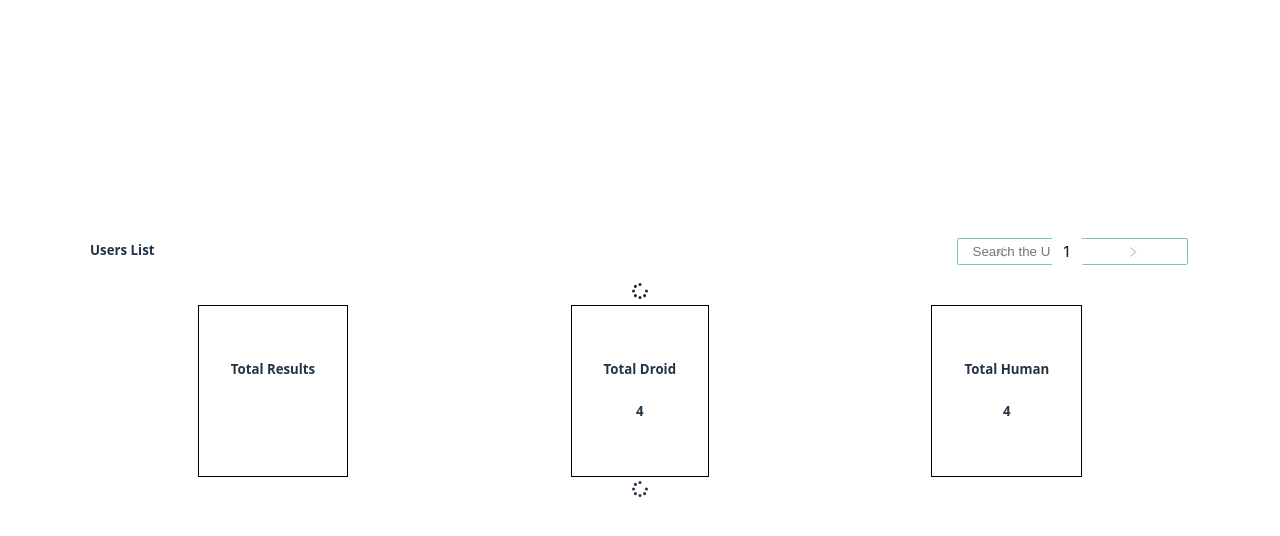
Repository: jassi73/DataTable
Page: /
The author's editor kept a copy of each file at every save. The page is drawn from the files as they stood at one save, then again after the next save.
The browser window is 1280 px wide. The pictures show the whole page.
The page's requests for data from a server got no answer. The project was rebuilt for these pictures with package versions that can differ from the ones it lists, and the page was loaded fresh each time. No one was signed in, and anything a server would have sent is missing. Also part of the build but not shown: vite.config.js.

Above is the page before, as saved 2023-05-14 23:40:46.

### src/main.jsx
import './index.css'

import {
  QueryClient,
  QueryClientProvider,
} from '@tanstack/react-query'

import App from './App.jsx'
import ReactDOM from 'react-dom/client'

const queryClient = new QueryClient()
ReactDOM.createRoot(document.getElementById('root')).render(
   <QueryClientProvider client={queryClient}>
    <App />
    </QueryClientProvider>
)

### src/index.css
:root {
  font-family: Titillium, system-ui, Avenir, Helvetica, Arial, sans-serif;
  line-height: 1.5;
  font-weight: 400;

  color-scheme: light dark;
  color: rgba(255, 255, 255, 0.87);
  background-color: #242424;

  font-synthesis: none;
  text-rendering: optimizeLegibility;
  -webkit-font-smoothing: antialiased;
  -moz-osx-font-smoothing: grayscale;
  -webkit-text-size-adjust: 100%;
}

a {
  font-weight: 500;
  color: #646cff;
  text-decoration: inherit;
}
a:hover {
  color: #535bf2;
}

body {
  margin: 0;
  display: flex;
  place-items: center;
  min-width: 320px;
  min-height: 100vh;
}

h1 {
  font-size: 3.2em;
  line-height: 1.1;
}

button {
  border-radius: 8px;
  border: 1px solid transparent;
  padding: 0.6em 1.2em;
  font-size: 1em;
  font-weight: 500;
  font-family: inherit;
  background-color: #1a1a1a;
  cursor: pointer;
  transition: border-color 0.25s;
}
button:hover {
  border-color: #646cff;
}
button:focus,
button:focus-visible {
  outline: 4px auto -webkit-focus-ring-color;
}

@media (prefers-color-scheme: light) {
  :root {
    color: #213547;
    background-color: #ffffff;
  }
  a:hover {
    color: #747bff;
  }
  button {
    background-color: #f9f9f9;
  }
}

### src/App.jsx
import "./App.css";

import {
  faQuestion,
  faSpinner,
  faUser,
  faEye,
  faEyeSlash,
  faCircleExclamation,
} from "@fortawesome/free-solid-svg-icons";
import { Pagination } from 'antd';
import Datatable from "react-data-table-component";
import { FontAwesomeIcon } from "@fortawesome/react-fontawesome";
import InputBox from "./Components/InputBox";
import { useQuery } from "@tanstack/react-query";
import { useState } from "react";
import { useDebounce } from "./Hooks/useDebounce";
import SpeciesModal from "./Components/SpeciesModal";
import Card from "./Components/Card";

const App = () => {
  const [page, setPage] = useState(1);
  const [searchQuery, setSearchQuery] = useState("");
  const [openSpeciesModal, setOpenSpeciesModal] = useState(false)
  const [speciesUrl, setSpeciesUrl] = useState('')

  const debouncedSearchTerm = useDebounce(searchQuery, 800);

  let url = `https://swapi.dev/api/people/?page=${page}`;
  if (!!debouncedSearchTerm) {
    url += `&search=${debouncedSearchTerm}`;
  }

  const { isLoading, data, isError } = useQuery({
    queryKey: ["users", debouncedSearchTerm, page],
    queryFn: () => fetch(url).then((res) => res.json()),
  });


  const openModal =(url)=>{
    setSpeciesUrl(url)
    setOpenSpeciesModal(true)
  }

  const handlePagination =(page)=>{
    setPage(page)
  }

  const handleCancel = ()=>{
    setOpenSpeciesModal(false)
  }
  const handleOk = ()=>{
    setOpenSpeciesModal(false)
  }
const totalDroid=data?.results && data?.results.filter((item)=>!item?.name==="male"||!item?.name==="female")

  const columns = [
    {
      name: "Type",
      cell: (row) => {
        if (row.gender === "male" || row.gender === "female") {
          return (
            <div>
              <FontAwesomeIcon icon={faUser} />
            </div>
          );
        } else {
          return (
            <div>
              <FontAwesomeIcon icon={faQuestion} />
            </div>
          );
        }
      },
    },
    {
      name: "Name",
      selector: (row) => (row.name ? row.name : ""),
      sortable: true,
    },
    {
      name: "Gender",
      selector: (row) => row.gender,
      sortable: true,
    },
    {
      name: "Height",
      selector: (row) => row.height,
      sortable: true,
    },
    {
      name: "DOB",
      selector: (row) => row.birth_year,
      sortable: true,
    },
    {
      name: "Eye Color",
      selector: (row) => row.eye_color,
    },
    {
      name: "Hair Color",
      selector: (row) => row.hair_color,
    },
    {
      name: "Skin Color",
      selector: (row) => row.skin_color,
    },
    {
      name: "Mass",
      selector: (row) => row.mass,
    },
    {
      name: "Species",
      cell: (row) => {
        if (row?.species &&row?.species.length>0) {
          return (
            <div>
              <FontAwesomeIcon icon={faEye} onClick={()=>openModal(row?.species[0])} />
            </div>
          );
        } else {
          return (
            <div>
              <FontAwesomeIcon icon={faEyeSlash} />
            </div>
          );
        }
      },
    },

  ];

  return (
    <div>
      <div className="header">
        <h5>Users List</h5>
        <InputBox
          value={searchQuery}
          placeholder="Search the User"
          onChange={(e) => {
            setPage(1)
            setSearchQuery(e.target.value)
            }}
        />
      </div>
      {isError&& <FontAwesomeIcon icon={faCircleExclamation} />}
      <Datatable
        selectableRows
        fixedHeader={true}
        data={data?.results}
        columns={columns}
        responsive
        progressPending={isLoading}
        progressComponent={<FontAwesomeIcon icon={faSpinner} />}
      />
      <div>
      <Pagination className="paginationCard" current={page} showSizeChanger={false} pageSize={10} total={data?.count} onChange={handlePagination} />
      </div>
      <div className="cardContainer">
<Card cardName="Total Results" count={data?.results&&data?.results.length}/>
<Card cardName="Total Droid" count={4}/>
<Card cardName="Total Human" count={4}/>
      </div>
      <SpeciesModal open={openSpeciesModal} handleCancel={handleCancel} handleOk={handleOk} speciesUrl={speciesUrl} />
    </div>
  );
};
export default App;

### src/App.css
@import url("https://fonts.googleapis.com/css?family=Titillium+Web:200,600");
#root {
  max-width: 1280px;
  margin: 0 auto;
  padding: 2rem;
  text-align: center;
}

.logo {
  height: 6em;
  padding: 1.5em;
  will-change: filter;
  transition: filter 300ms;
}
.logo:hover {
  filter: drop-shadow(0 0 2em #646cffaa);
}
.logo.react:hover {
  filter: drop-shadow(0 0 2em #61dafbaa);
}
.header{
  display: flex;
  width:1107px;
}
.dataTable{
  min-height:0vh !important;
}

.paginationCard{
  position: absolute;
  text-align: right;
  margin-top: -63px;
  z-index: 2;
  width: 85%;
}
.header h5 {

  width: 7%;
}
tr {
  text-align:center;
  border:1px solid #000;
}
table{
  width:100%
}
.cardContainer{
  display: flex;
  justify-content:space-around;
  margin-top:6px
}
.card{
  border: 1px solid #000;
  padding: 14px;
}

.dcwxpB{

  position: relative;
    width: 100%;
    border-radius: inherit;
    overflow-x: auto;
    overflow-y: auto;
    min-height: 100vh !important;
    max-height: 100vh;
}
@keyframes logo-spin {
  from {
    transform: rotate(0deg);
  }
  to {
    transform: rotate(360deg);
  }
}
.hWTGA-D {
  display: flex;
    align-items: stretch;
    width: 100%;
    background-color: #7bc5bd !important;
    min-height: 52px;
    border: 1px solid rgba(41, 36, 36, 0.12);
}
.sc-kRYBTm {
 cursor: pointer;
    border: 1px solid rgba(0,0,0,.12);
}
.kpGYlU{
  flex: 1 0 auto;
  font-weight: 400;
  text-align: left !important;
}
.inputBox{
  position: relative;
  text-align: right;
  width: 100%;
  margin-top: 13px;
  padding: 6px;
}
.inputBox input{
  padding-left: 15px;
  width: 212px;
  height: 23px;
  border-radius: 2px;
  border: 1px solid #7bc5bd;
}
ul{
  display: flex;
    list-style: none;
    gap: 26px;
    justify-content: flex-end;
}
@media (prefers-reduced-motion: no-preference) {
  a:nth-of-type(2) .logo {
    animation: logo-spin infinite 20s linear;
  }
}

.card {
  padding: 2em;
}

.read-the-docs {
  color: #888;
}

### src/Components/InputBox.jsx


const InputBox = (props) => {
    const {placeholder, onChange, value} = props
  return (
    <div className="inputBox">
       <input type="text" value={value} placeholder={placeholder} onChange={onChange} />
    </div>
  )
}

export default InputBox

### src/Hooks/useDebounce.jsx
import { useEffect, useState } from "react";

// Hook
export function useDebounce(value, delay) {
    // State and setters for debounced value
    const [debouncedValue, setDebouncedValue] = useState(value);
    useEffect(
      () => {
        // Update debounced value after delay
        const handler = setTimeout(() => {
          setDebouncedValue(value);
        }, delay);
        return () => {
          clearTimeout(handler);
        };
      },
      [value, delay] // Only re-call effect if value or delay changes
    );
    return debouncedValue;
  }

### src/Components/SpeciesModal.jsx
import { Modal } from "antd";
import { useQuery } from "@tanstack/react-query";
import { FontAwesomeIcon } from "@fortawesome/react-fontawesome";
import {
  faQuestion,
  faSpinner,

} from "@fortawesome/free-solid-svg-icons";

const SpeciesModal = ({ handleOk, open, handleCancel, speciesUrl }) => {
  const { isLoading, data } = useQuery({
    queryKey: ["species"],
    queryFn: () => fetch(speciesUrl).then((res) => res.json()),
  });

  if (isLoading) {
    return (
      <div>
        <FontAwesomeIcon icon={faSpinner} />
      </div>
    );
  }

  return (
    <Modal title="Species" open={open} onOk={handleOk} onCancel={handleCancel}>
      {!isLoading && (
        <table >
          <tr>
            <th>Type</th>
            <th>Languege</th>
            <th>Designation</th>
          </tr>
          <tr >
            <td>
              {data?.name === "Droid" && <FontAwesomeIcon icon={faQuestion} />}
            </td>
            <td>{data?.language}</td>
            <td>{data?.designation}</td>
          </tr>
        </table>
      )}
    </Modal>
  );
};

export default SpeciesModal;

### src/Components/Card.jsx

const Card = (props) => {
    const {cardName, count} = props
  return (
    <div className="card">
        <h5>{cardName}</h5>
        <h5>
            {count}
        </h5>
    </div>
  )
}

export default Card

Loaded but not shown: index.html (common file)

After the next save:
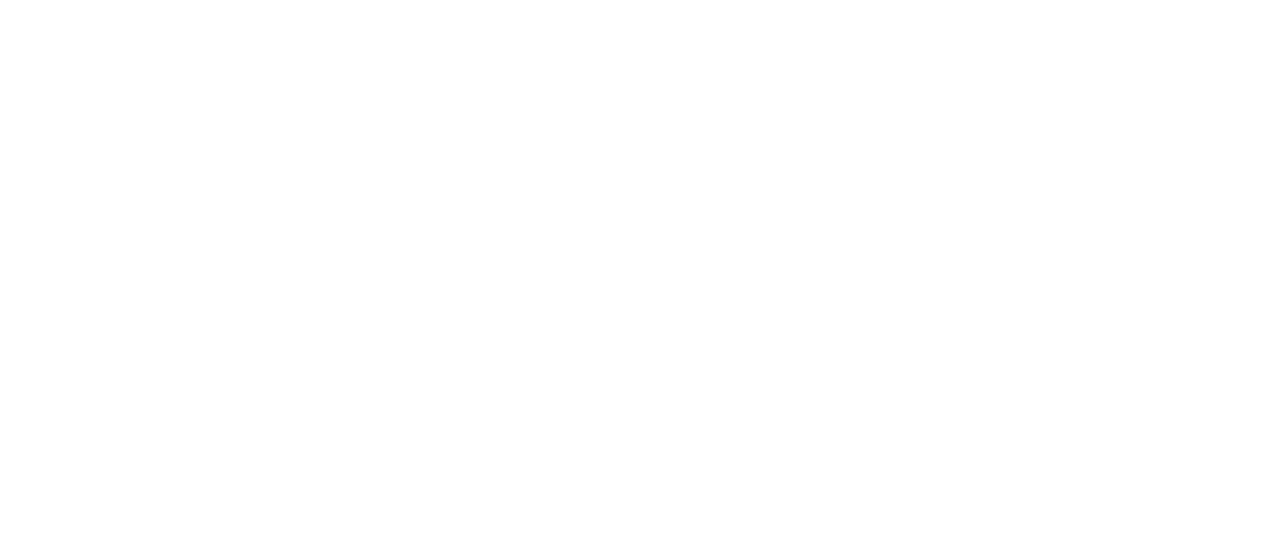
Console error: TypeError: Cannot read properties of undefined (reading 'length')
Saved 18 s later.
--- a/src/App.jsx
+++ b/src/App.jsx
@@ -158,7 +158,7 @@
       </div>
       <div className="cardContainer">
 <Card cardName="Total Results" count={data?.results&&data?.results.length}/>
-<Card cardName="Total Droid" count={4}/>
+<Card cardName="Total Droid" count={totalDroid.length}/>
 <Card cardName="Total Human" count={4}/>
       </div>
       <SpeciesModal open={openSpeciesModal} handleCancel={handleCancel} handleOk={handleOk} speciesUrl={speciesUrl} />

After the save that followed:
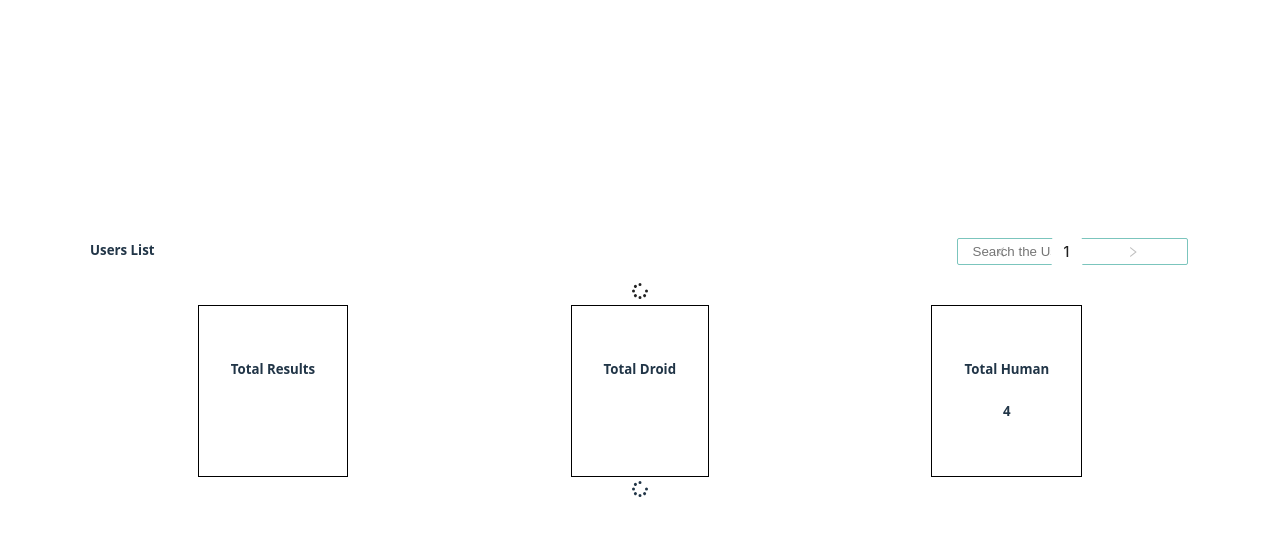
The error is gone.
Saved 15 s later.
--- a/src/App.jsx
+++ b/src/App.jsx
@@ -158,7 +158,7 @@
       </div>
       <div className="cardContainer">
 <Card cardName="Total Results" count={data?.results&&data?.results.length}/>
-<Card cardName="Total Droid" count={totalDroid.length}/>
+<Card cardName="Total Droid" count={totalDroid&&totalDroid.length}/>
 <Card cardName="Total Human" count={4}/>
       </div>
       <SpeciesModal open={openSpeciesModal} handleCancel={handleCancel} handleOk={handleOk} speciesUrl={speciesUrl} />
